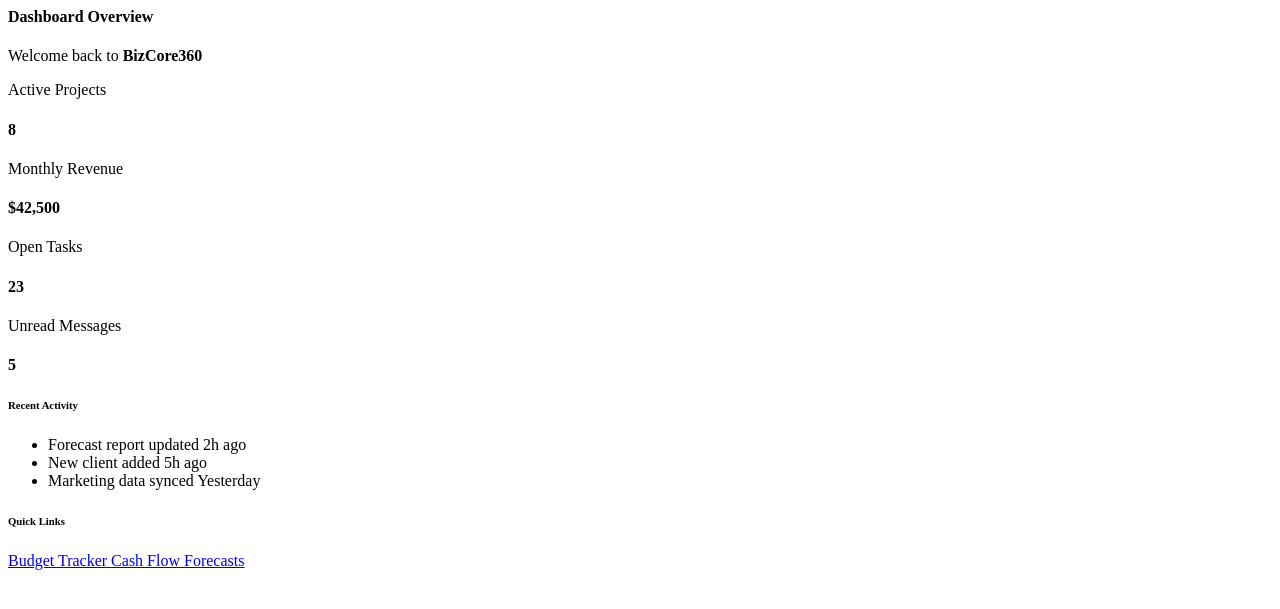
Repository: tonym642/bizcore360-wp
Page: pages/dashboard.html
These files come from the project's save history. The page is drawn as it stood at one moment and after the next save; the edit follows.
The browser window is 1280 px wide. The pictures show the whole page.

Above is the page before, as saved 2025-10-22 16:26:37.

After the next save:
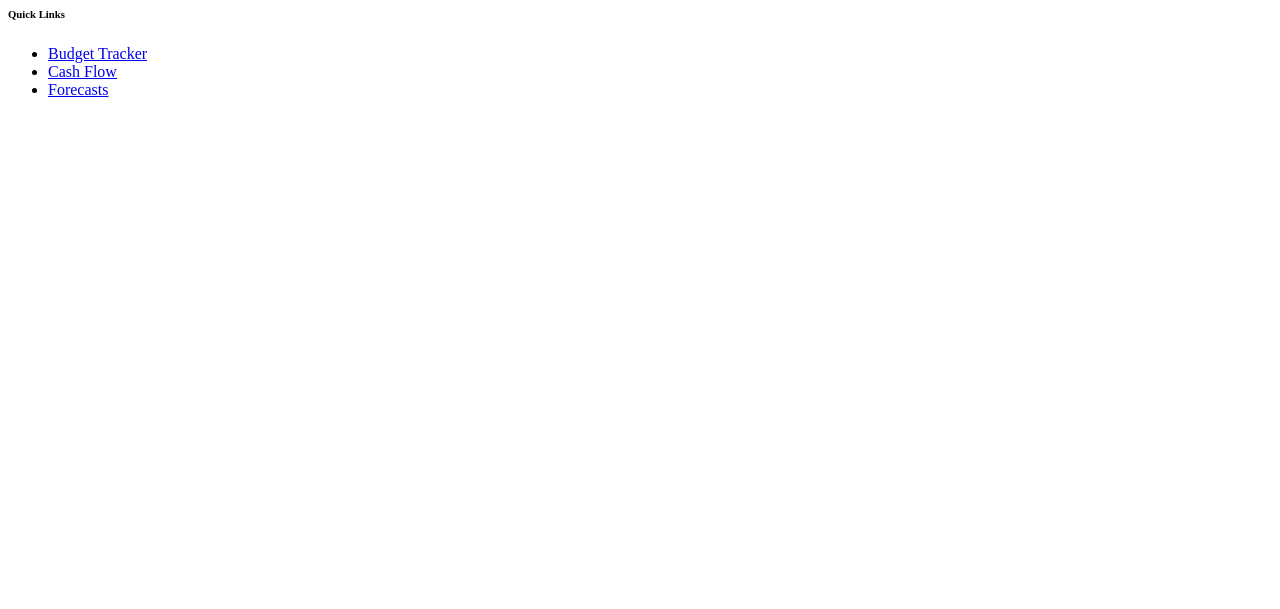
Saved 2 min 10 s later.
--- a/pages/dashboard.html
+++ b/pages/dashboard.html
@@ -1,126 +1,34 @@
-<div class="container-fluid py-4">
-  <!-- Header -->
-  <div class="d-flex align-items-center justify-content-between mb-4">
-    <h4 class="fw-semibold text-primary mb-0">Dashboard Overview</h4>
-    <span class="text-muted small">Welcome back to <strong>BizCore360</strong></span>
-  </div>
-
-  <!-- Summary Cards -->
-  <div class="row g-3 mb-4">
-    <div class="col-6 col-md-3">
-      <div class="card border-0 shadow-sm rounded-4 h-100">
-        <div class="card-body">
-          <div class="d-flex justify-content-between align-items-center">
-            <div>
-              <p class="text-muted mb-1 small">Active Projects</p>
-              <h4 class="fw-bold mb-0">8</h4>
-            </div>
-            <i class="bi bi-kanban fs-2 text-primary"></i>
-          </div>
-        </div>
-      </div>
-    </div>
-
-    <div class="col-6 col-md-3">
-      <div class="card border-0 shadow-sm rounded-4 h-100">
-        <div class="card-body">
-          <div class="d-flex justify-content-between align-items-center">
-            <div>
-              <p class="text-muted mb-1 small">Monthly Revenue</p>
-              <h4 class="fw-bold mb-0 text-dark">$42,500</h4>
-            </div>
-            <i class="bi bi-currency-dollar fs-2 text-success"></i>
-          </div>
-        </div>
-      </div>
-    </div>
-
-    <div class="col-6 col-md-3">
-      <div class="card border-0 shadow-sm rounded-4 h-100">
-        <div class="card-body">
-          <div class="d-flex justify-content-between align-items-center">
-            <div>
-              <p class="text-muted mb-1 small">Open Tasks</p>
-              <h4 class="fw-bold mb-0">23</h4>
-            </div>
-            <i class="bi bi-list-task fs-2 text-warning"></i>
-          </div>
-        </div>
-      </div>
-    </div>
-
-    <div class="col-6 col-md-3">
-      <div class="card border-0 shadow-sm rounded-4 h-100">
-        <div class="card-body">
-          <div class="d-flex justify-content-between align-items-center">
-            <div>
-              <p class="text-muted mb-1 small">Unread Messages</p>
-              <h4 class="fw-bold mb-0">5</h4>
-            </div>
-            <i class="bi bi-chat-dots fs-2 text-info"></i>
-          </div>
-        </div>
-      </div>
-    </div>
-  </div>
-
-  <!-- Activity + Quick Links -->
-  <div class="row g-4">
-    <!-- Recent Activity -->
-    <div class="col-lg-8">
-      <div class="card border-0 shadow-sm rounded-4">
-        <div class="card-body">
-          <h6 class="fw-semibold mb-3 text-dark">Recent Activity</h6>
-          <ul class="list-unstyled small mb-0">
-            <li class="d-flex justify-content-between py-2 border-bottom">
-              <span><i class="bi bi-check-circle text-success me-2"></i>Forecast report updated</span>
-              <span class="text-muted">2h ago</span>
-            </li>
-            <li class="d-flex justify-content-between py-2 border-bottom">
-              <span><i class="bi bi-person-plus text-primary me-2"></i>New client added</span>
-              <span class="text-muted">5h ago</span>
-            </li>
-            <li class="d-flex justify-content-between py-2">
-              <span><i class="bi bi-graph-up text-warning me-2"></i>Marketing data synced</span>
-              <span class="text-muted">Yesterday</span>
-            </li>
-          </ul>
-        </div>
-      </div>
-    </div>
-
-    <!-- Quick Links -->
-    <div class="col-lg-4">
-      <div class="card border-0 shadow-sm rounded-4">
-        <div class="card-body">
-          <h6 class="fw-semibold mb-3 text-dark">Quick Links</h6>
-          <div class="d-grid gap-2">
-            <a href="#" data-page="budget.html" class="btn btn-outline-primary rounded-pill d-flex align-items-center justify-content-center gap-2">
-              <i class="bi bi-wallet2"></i> Budget Tracker
-            </a>
-            <a href="#" data-page="cash-flow.html" class="btn btn-outline-primary rounded-pill d-flex align-items-center justify-content-center gap-2">
-              <i class="bi bi-cash-coin"></i> Cash Flow
-            </a>
-            <a href="#" data-page="forecasts.html" class="btn btn-outline-primary rounded-pill d-flex align-items-center justify-content-center gap-2">
-              <i class="bi bi-graph-up-arrow"></i> Forecasts
-            </a>
-          </div>
-        </div>
+<!-- Quick Links -->
+<div class="col-lg-4">
+  <div class="card border-0 shadow-sm rounded-4 h-100">
+    <div class="card-body d-flex flex-column justify-content-between">
+      <div>
+        <h6 class="fw-semibold mb-3 text-dark">Quick Links</h6>
+        <ul class="list-unstyled mb-0 small">
+          <li class="mb-3 d-flex align-items-center">
+            <i class="bi bi-wallet2 text-primary me-2 fs-5"></i>
+            <a href="#" data-page="budget.html" class="text-decoration-none text-dark fw-medium link-hover">Budget Tracker</a>
+          </li>
+          <li class="mb-3 d-flex align-items-center">
+            <i class="bi bi-cash-coin text-primary me-2 fs-5"></i>
+            <a href="#" data-page="cash-flow.html" class="text-decoration-none text-dark fw-medium link-hover">Cash Flow</a>
+          </li>
+          <li class="d-flex align-items-center">
+            <i class="bi bi-graph-up-arrow text-primary me-2 fs-5"></i>
+            <a href="#" data-page="forecasts.html" class="text-decoration-none text-dark fw-medium link-hover">Forecasts</a>
+          </li>
+        </ul>
       </div>
     </div>
   </div>
 </div>
 
 <style>
-.card {
-  transition: all 0.2s ease-in-out;
+.link-hover {
+  transition: color 0.2s ease, transform 0.2s ease;
 }
-.card:hover {
-  transform: translateY(-2px);
-  box-shadow: 0 0.5rem 1rem rgba(0,0,0,0.07)!important;
+.link-hover:hover {
+  color: #0d6efd !important;
+  transform: translateX(3px);
 }
 </style>
-
-<script>
-console.log("📊 Clean dashboard loaded successfully");
-</script>

After the save that followed:
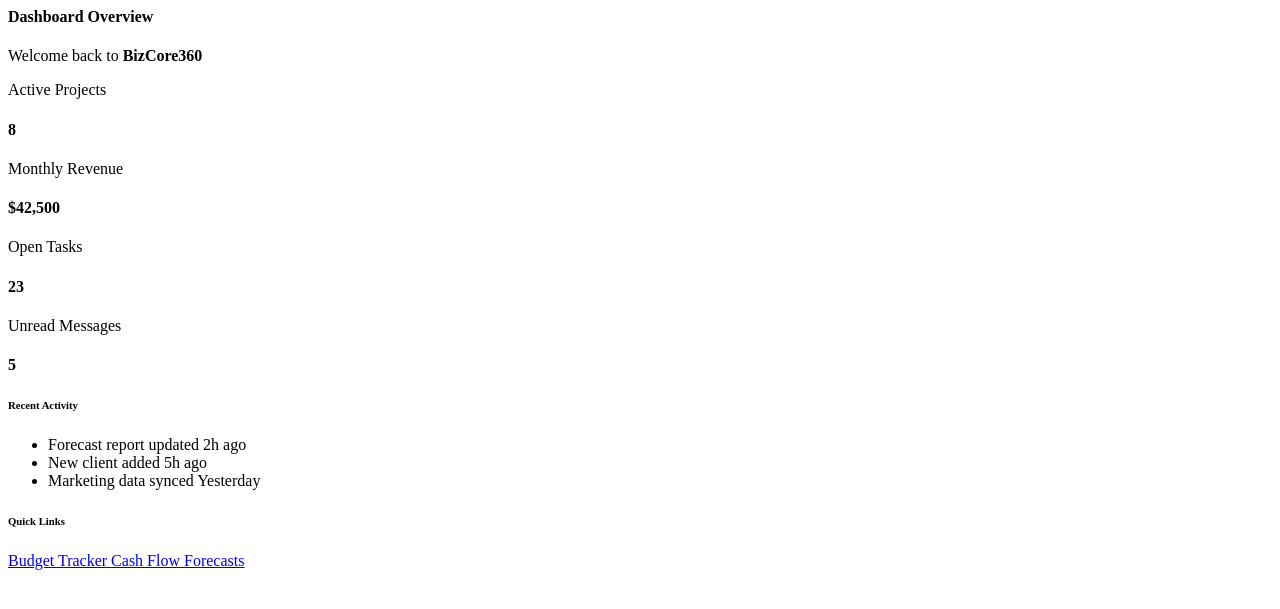
Saved 37 s later.
--- a/pages/dashboard.html
+++ b/pages/dashboard.html
@@ -1,34 +1,126 @@
-<!-- Quick Links -->
-<div class="col-lg-4">
-  <div class="card border-0 shadow-sm rounded-4 h-100">
-    <div class="card-body d-flex flex-column justify-content-between">
-      <div>
-        <h6 class="fw-semibold mb-3 text-dark">Quick Links</h6>
-        <ul class="list-unstyled mb-0 small">
-          <li class="mb-3 d-flex align-items-center">
-            <i class="bi bi-wallet2 text-primary me-2 fs-5"></i>
-            <a href="#" data-page="budget.html" class="text-decoration-none text-dark fw-medium link-hover">Budget Tracker</a>
-          </li>
-          <li class="mb-3 d-flex align-items-center">
-            <i class="bi bi-cash-coin text-primary me-2 fs-5"></i>
-            <a href="#" data-page="cash-flow.html" class="text-decoration-none text-dark fw-medium link-hover">Cash Flow</a>
-          </li>
-          <li class="d-flex align-items-center">
-            <i class="bi bi-graph-up-arrow text-primary me-2 fs-5"></i>
-            <a href="#" data-page="forecasts.html" class="text-decoration-none text-dark fw-medium link-hover">Forecasts</a>
-          </li>
-        </ul>
+<div class="container-fluid py-4">
+  <!-- Header -->
+  <div class="d-flex align-items-center justify-content-between mb-4">
+    <h4 class="fw-semibold text-primary mb-0">Dashboard Overview</h4>
+    <span class="text-muted small">Welcome back to <strong>BizCore360</strong></span>
+  </div>
+
+  <!-- Summary Cards -->
+  <div class="row g-3 mb-4">
+    <div class="col-6 col-md-3">
+      <div class="card border-0 shadow-sm rounded-4 h-100">
+        <div class="card-body">
+          <div class="d-flex justify-content-between align-items-center">
+            <div>
+              <p class="text-muted mb-1 small">Active Projects</p>
+              <h4 class="fw-bold mb-0">8</h4>
+            </div>
+            <i class="bi bi-kanban fs-2 text-primary"></i>
+          </div>
+        </div>
+      </div>
+    </div>
+
+    <div class="col-6 col-md-3">
+      <div class="card border-0 shadow-sm rounded-4 h-100">
+        <div class="card-body">
+          <div class="d-flex justify-content-between align-items-center">
+            <div>
+              <p class="text-muted mb-1 small">Monthly Revenue</p>
+              <h4 class="fw-bold mb-0 text-dark">$42,500</h4>
+            </div>
+            <i class="bi bi-currency-dollar fs-2 text-success"></i>
+          </div>
+        </div>
+      </div>
+    </div>
+
+    <div class="col-6 col-md-3">
+      <div class="card border-0 shadow-sm rounded-4 h-100">
+        <div class="card-body">
+          <div class="d-flex justify-content-between align-items-center">
+            <div>
+              <p class="text-muted mb-1 small">Open Tasks</p>
+              <h4 class="fw-bold mb-0">23</h4>
+            </div>
+            <i class="bi bi-list-task fs-2 text-warning"></i>
+          </div>
+        </div>
+      </div>
+    </div>
+
+    <div class="col-6 col-md-3">
+      <div class="card border-0 shadow-sm rounded-4 h-100">
+        <div class="card-body">
+          <div class="d-flex justify-content-between align-items-center">
+            <div>
+              <p class="text-muted mb-1 small">Unread Messages</p>
+              <h4 class="fw-bold mb-0">5</h4>
+            </div>
+            <i class="bi bi-chat-dots fs-2 text-info"></i>
+          </div>
+        </div>
+      </div>
+    </div>
+  </div>
+
+  <!-- Activity + Quick Links -->
+  <div class="row g-4">
+    <!-- Recent Activity -->
+    <div class="col-lg-8">
+      <div class="card border-0 shadow-sm rounded-4">
+        <div class="card-body">
+          <h6 class="fw-semibold mb-3 text-dark">Recent Activity</h6>
+          <ul class="list-unstyled small mb-0">
+            <li class="d-flex justify-content-between py-2 border-bottom">
+              <span><i class="bi bi-check-circle text-success me-2"></i>Forecast report updated</span>
+              <span class="text-muted">2h ago</span>
+            </li>
+            <li class="d-flex justify-content-between py-2 border-bottom">
+              <span><i class="bi bi-person-plus text-primary me-2"></i>New client added</span>
+              <span class="text-muted">5h ago</span>
+            </li>
+            <li class="d-flex justify-content-between py-2">
+              <span><i class="bi bi-graph-up text-warning me-2"></i>Marketing data synced</span>
+              <span class="text-muted">Yesterday</span>
+            </li>
+          </ul>
+        </div>
+      </div>
+    </div>
+
+    <!-- Quick Links -->
+    <div class="col-lg-4">
+      <div class="card border-0 shadow-sm rounded-4">
+        <div class="card-body">
+          <h6 class="fw-semibold mb-3 text-dark">Quick Links</h6>
+          <div class="d-grid gap-2">
+            <a href="#" data-page="budget.html" class="btn btn-outline-primary rounded-pill d-flex align-items-center justify-content-center gap-2">
+              <i class="bi bi-wallet2"></i> Budget Tracker
+            </a>
+            <a href="#" data-page="cash-flow.html" class="btn btn-outline-primary rounded-pill d-flex align-items-center justify-content-center gap-2">
+              <i class="bi bi-cash-coin"></i> Cash Flow
+            </a>
+            <a href="#" data-page="forecasts.html" class="btn btn-outline-primary rounded-pill d-flex align-items-center justify-content-center gap-2">
+              <i class="bi bi-graph-up-arrow"></i> Forecasts
+            </a>
+          </div>
+        </div>
       </div>
     </div>
   </div>
 </div>
 
 <style>
-.link-hover {
-  transition: color 0.2s ease, transform 0.2s ease;
+.card {
+  transition: all 0.2s ease-in-out;
 }
-.link-hover:hover {
-  color: #0d6efd !important;
-  transform: translateX(3px);
+.card:hover {
+  transform: translateY(-2px);
+  box-shadow: 0 0.5rem 1rem rgba(0,0,0,0.07)!important;
 }
 </style>
+
+<script>
+console.log("📊 Clean dashboard loaded successfully");
+</script>
